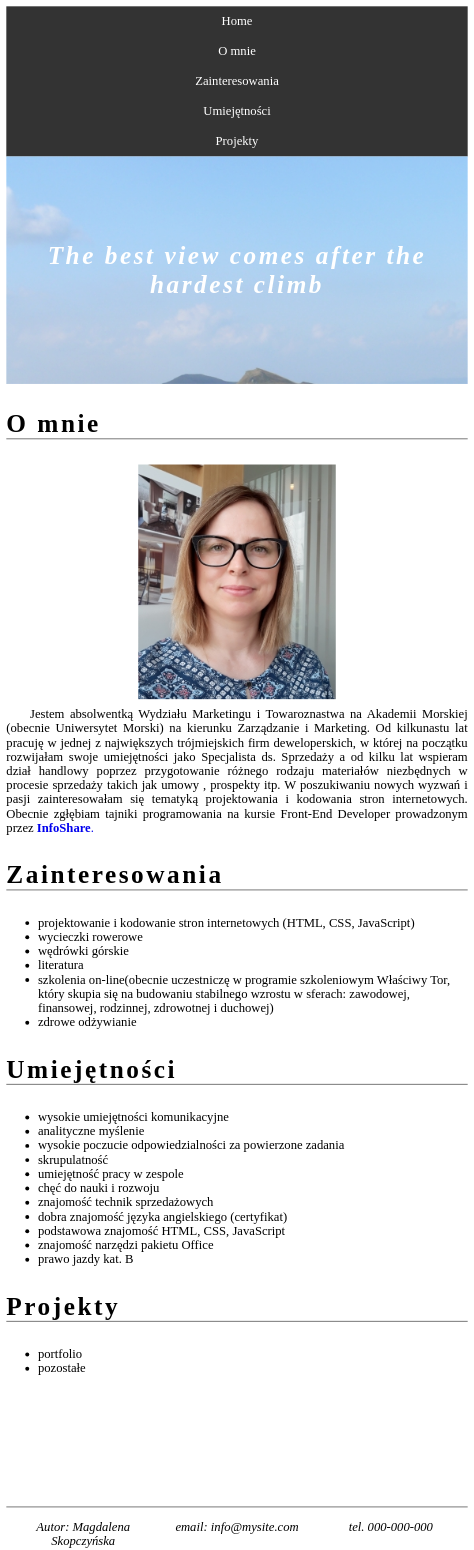
Repository: MagJaw/portfolio
Page: portfolio.html
These files come from the project's save history. The page is drawn as it stood at one moment and after the next save; the edit follows.
The browser window is 600 px wide. The pictures show the whole page, at 79% of full size.

Above is the page before, as saved 2018-11-14 00:55:36.

After the next save:
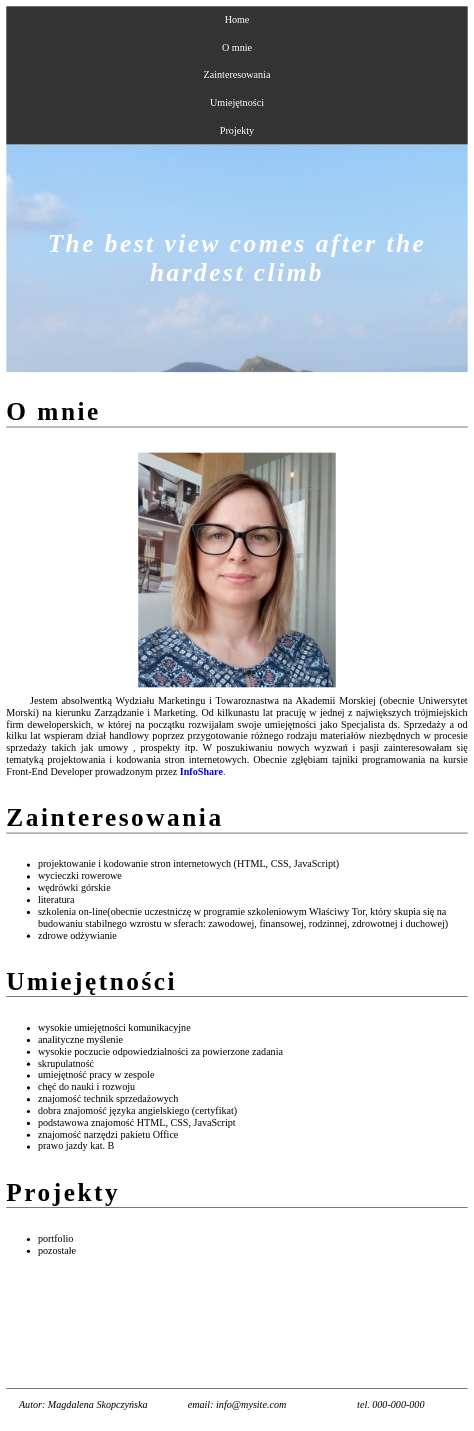
Saved 67 s later.
--- a/main.css
+++ b/main.css
@@ -107,7 +107,7 @@ font-size: 2em;
 }
 
 p, li, #footer {
-font-size: 1em;
+font-size: 0.8em;
 }
 
 .header__section {
